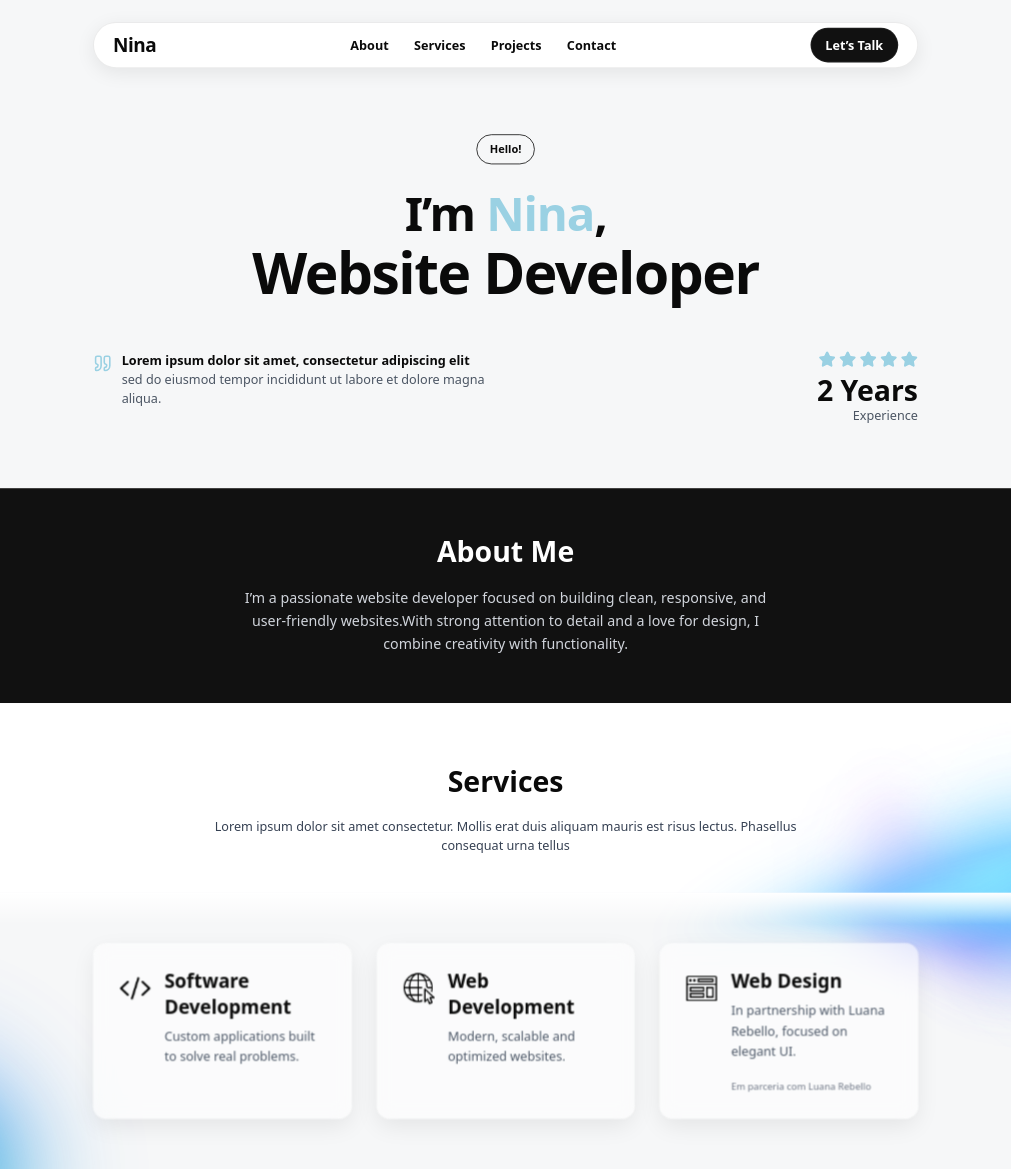
Repository: nina-rebello/portfolio
Page: /
An editor plug-in stored every save of this project. The page is shown before and after the next save, followed by the edit.
The browser window is 1280 px wide. The pictures show the whole page, at 79% of full size.
The project was rebuilt for these pictures with package versions that can differ from the ones it lists, and the page was loaded fresh each time. The framework's server and built-in components were replaced by stand-ins that run in the browser. Also part of the build but not shown: next.config.ts.

Above is the page before, as saved 2025-09-11 17:12:09.

After the next save:
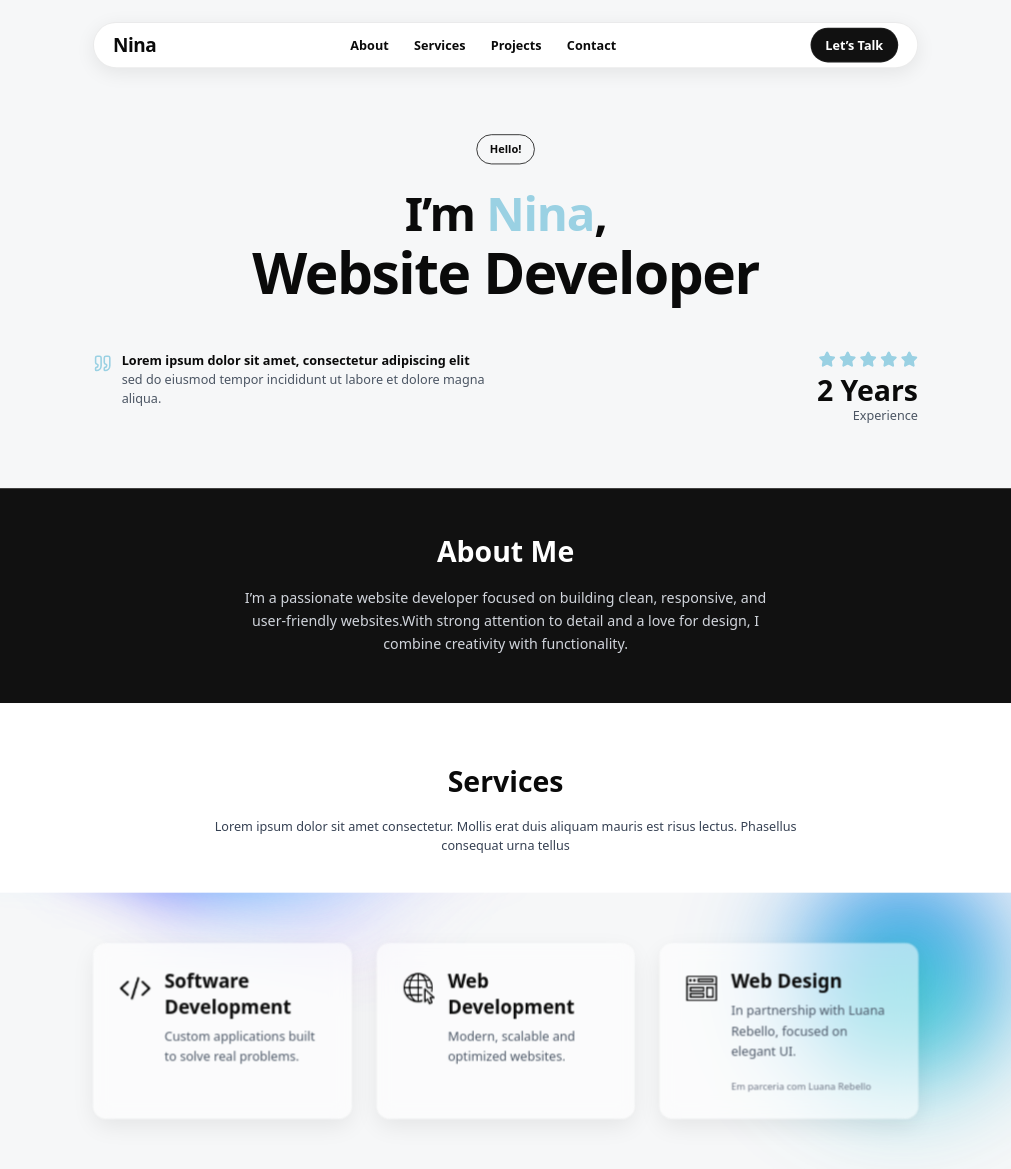
Saved 87 s later.
--- a/components/sections/Services.tsx
+++ b/components/sections/Services.tsx
@@ -21,8 +21,27 @@ const services = [
 export default function Services() {
   return (
     <section id="services" className="relative overflow-hidden">
-      {/* ===== Topo branco (título + texto) ===== */}
-      <div className="bg-white pt-20 pb-12 text-center">
+      {/* === gradientes de fundo === */}
+      <div className="absolute inset-0 z-0 pointer-events-none select-none">
+        <Image
+          src="/gradients/light-leak-blur-transparent-free-png.png"
+          alt=""
+          width={1400}
+          height={1000}
+          className="absolute -top-40 left-[-220px] w-[1000px] opacity-80"
+          priority
+        />
+        <Image
+          src="/gradients/blur-gradient.png"
+          alt=""
+          width={760}
+          height={760}
+          className="absolute top-0 right-[-250px] w-[760px] opacity-70"
+        />
+      </div>
+
+      {/* === faixa branca por cima dos gradientes === */}
+      <div className="relative z-10 bg-white pt-20 pb-12 text-center">
         <div className="container-hero">
           <h2 className="text-3xl sm:text-4xl font-extrabold mb-6">Services</h2>
           <p className="max-w-3xl mx-auto text-gray-700">
@@ -30,63 +49,40 @@ export default function Services() {
             mauris est risus lectus. Phasellus consequat urna tellus
           </p>
         </div>
+        {/* fade branco para transição suave */}
+        <div className="absolute bottom-0 left-0 right-0 h-12 bg-gradient-to-b from-white to-transparent" />
       </div>
 
-      {/* ===== Faixa gradiente (cards) ===== */}
-      <div className="relative py-16">
-        {/* gradientes de fundo */}
-        <div className="absolute inset-0 z-0 pointer-events-none select-none">
-          <Image
-            src="/gradients/light-leak-blur-transparent-free-png.png"
-            alt=""
-            width={1400}
-            height={1000}
-            className="absolute -top-80 left-200 w-[1000px] opacity-80"
-            priority
-          />
-          <Image
-            src="/gradients/blur-gradient.png"
-            alt=""
-            width={760}
-            height={760}
-            className="absolute top-4 right-250 w-[760px] opacity-70"
-          />
-
-          {/* fade branco -> transparente na emenda (igual ao mock) */}
-          <div className="absolute top-0 left-0 right-0 h-10 bg-gradient-to-b from-white to-transparent" />
-        </div>
-
-        {/* grid de cards */}
-        <div className="container-hero relative z-10">
-          <div className="grid gap-8 sm:grid-cols-2 lg:grid-cols-3">
-            {services.map((s) => (
-              <div
-                key={s.title}
-                className="rounded-[16px] p-8 bg-white/55 backdrop-blur-md
-                           ring-1 ring-white/30 shadow-[0_10px_30px_rgba(0,0,0,0.08)]
-                           transition hover:shadow-[0_16px_40px_rgba(0,0,0,0.12)]"
-              >
-                <div className="flex items-start gap-4">
-                  <Image
-                    src={s.icon}
-                    alt={s.title}
-                    width={42}
-                    height={42}
-                    className="mt-1 shrink-0"
-                  />
-                  <div>
-                    <h3 className="font-semibold text-2xl mb-2">{s.title}</h3>
-                    <p className="text-gray-600 leading-relaxed">{s.desc}</p>
-                    {s.title === "Web Design" && (
-                      <p className="mt-6 text-xs text-gray-500">
-                        Em parceria com Luana Rebello
-                      </p>
-                    )}
-                  </div>
+      {/* === grid de cards === */}
+      <div className="relative z-10 container-hero py-16">
+        <div className="grid gap-8 sm:grid-cols-2 lg:grid-cols-3">
+          {services.map((s) => (
+            <div
+              key={s.title}
+              className="rounded-[16px] p-8 bg-white/55 backdrop-blur-md
+                         ring-1 ring-white/30 shadow-[0_10px_30px_rgba(0,0,0,0.08)]
+                         transition hover:shadow-[0_16px_40px_rgba(0,0,0,0.12)]"
+            >
+              <div className="flex items-start gap-4">
+                <Image
+                  src={s.icon}
+                  alt={s.title}
+                  width={42}
+                  height={42}
+                  className="mt-1 shrink-0"
+                />
+                <div>
+                  <h3 className="font-semibold text-2xl mb-2">{s.title}</h3>
+                  <p className="text-gray-600 leading-relaxed">{s.desc}</p>
+                  {s.title === "Web Design" && (
+                    <p className="mt-6 text-xs text-gray-500">
+                      Em parceria com Luana Rebello
+                    </p>
+                  )}
                 </div>
               </div>
-            ))}
-          </div>
+            </div>
+          ))}
         </div>
       </div>
     </section>
